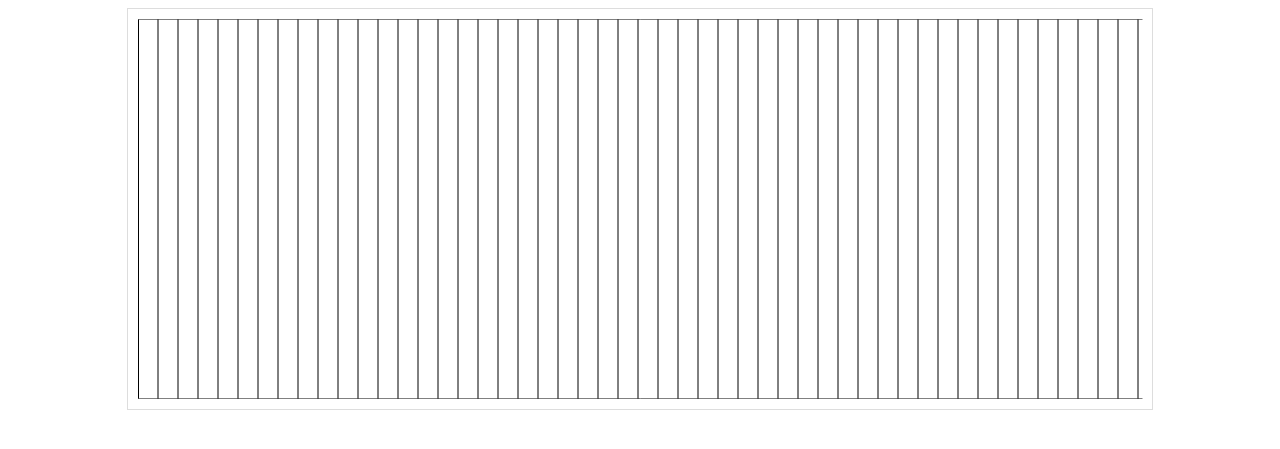
Repository: cw19931024/Demo
Page: canvas.html
The author's editor kept a copy of each file at every save. The page is drawn from the files as they stood at one save, then again after the next save.
The browser window is 1280 px wide. The pictures show the whole page.

Above is the page before, as saved 2017-07-26 18:06:39.

### canvas.html
<!DOCTYPE html>
<html lang="en">

<head>
    <title></title>
    <meta charset="UTF-8">
    <meta name="viewport" context="width=device-width, initial-scale=1">
    <style>
        canvas {
            margin: 0 auto;
            border: 1px solid #ddd;
            width: 1024px;
            height: 400px;
        }

        .tac {
            text-align: center;
        }
    </style>
</head>

<body>
    <div class="tac">
        <canvas id="canvas" width="1024" height="768"></canvas>
    </div>
</body>
<script>
    var canvas = document.getElementById('canvas');
    var context = canvas.getContext('2d');
    var width = canvas.width;
    var height = canvas.height;
    var padding = 10;

    //y轴线
    context.beginPath();
    context.lineWidth =1;
    context.moveTo(padding + 0.5, height - padding - 10);
    context.lineTo(padding + 0.5, padding + 10);
    context.stroke();

    //x轴线
    context.beginPath();
    context.moveTo(padding + 0.5, height - padding - 10);
    context.lineTo(width - padding + 0.5, height - padding - 10)
    context.moveTo(padding + 0.5, padding + 10);
    context.lineTo(width - padding + 0.5, padding + 10)
    context.stroke();

    // var Number = 5;             //y轴的段数
    // var yLength = Math.floor(height -padding*2/Number);
    // var xLength = Math.floor(width -padding*2/data.length);

    for (var i = 20; i < width; i+=20) {
        context.beginPath();
        context.lineWidth = 1;
        // context.strokeStyle='#ccc';
        context.moveTo(i +10, height - padding - 10);
        context.lineTo(i +10, padding + 10);
        context.stroke();
    }
</script>

</html>

After the next save:
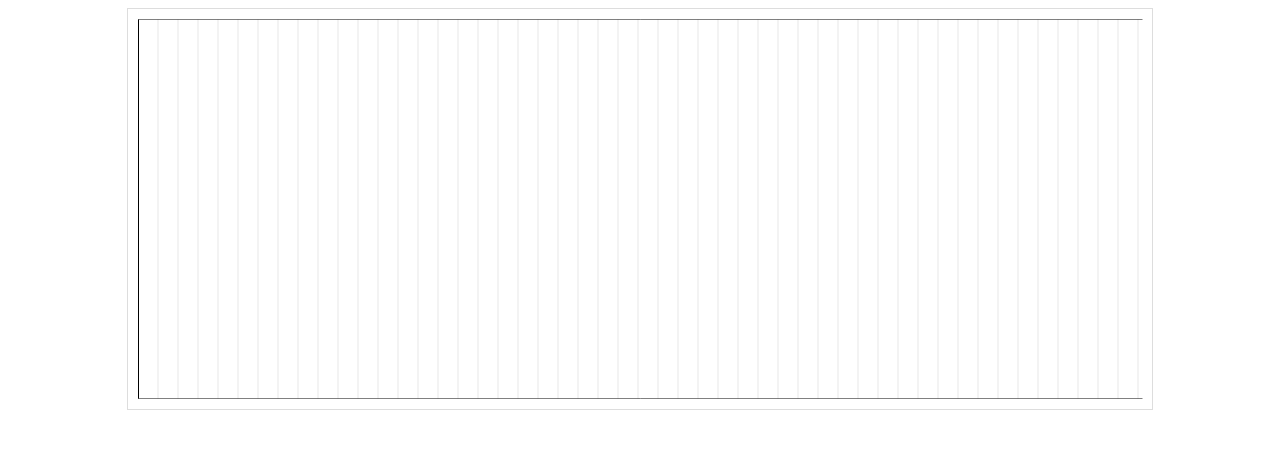
Saved 6 s later.
--- a/canvas.html
+++ b/canvas.html
@@ -52,7 +52,7 @@
 
     for (var i = 20; i < width; i+=20) {
         context.beginPath();
-        context.lineWidth = 1;
+        context.lineWidth = 0.1;
         // context.strokeStyle='#ccc';
         context.moveTo(i +10, height - padding - 10);
         context.lineTo(i +10, padding + 10);
